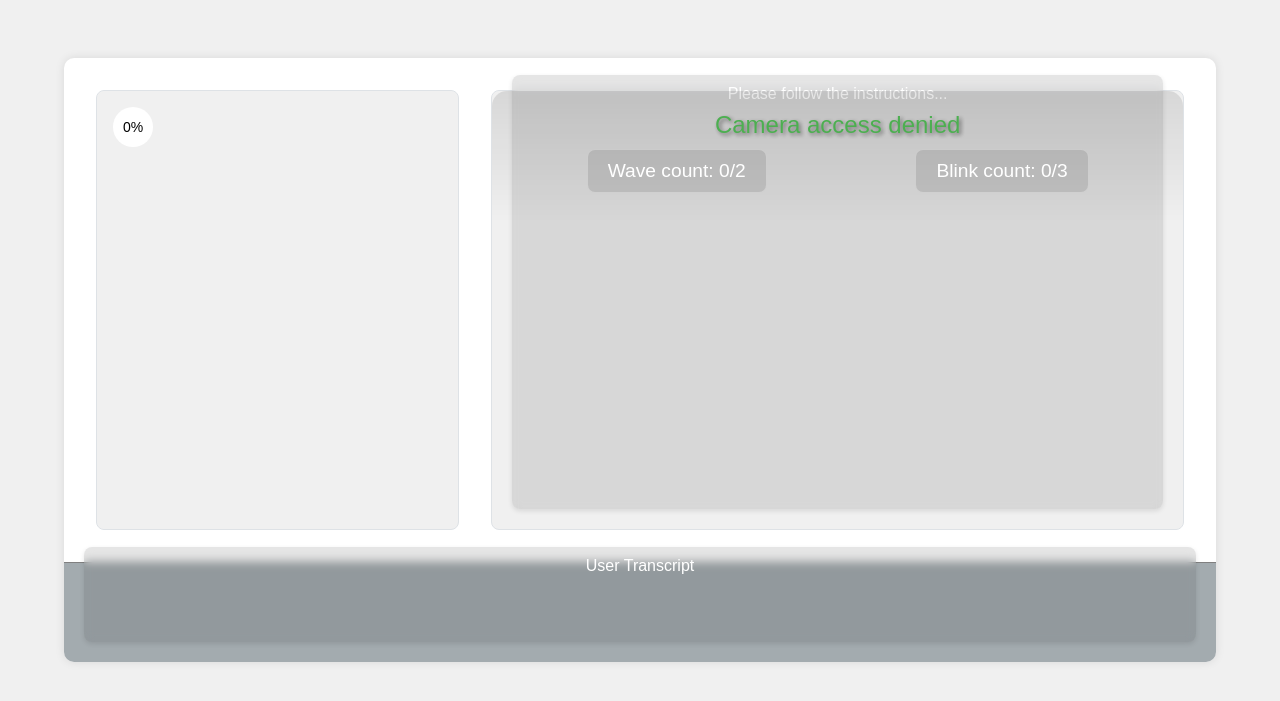
Repository: Ayaanns/E-kyc-BE-project
Page: http://localhost/
These files come from the project's save history. The page is drawn as it stood at one moment and after the next save; the edit follows.
The browser window is 1280 px wide. The pictures show the whole page.
The page is served by the project's application, run on Django 4.2 (manage.py). A made-up administrator, testuser (Test User, test@example.com), is signed in. Other server files are loaded and not shown.

Above is the page before, as saved 2025-03-02 02:01:19.

### templates/home.html
<!DOCTYPE html>
<html lang="en">
<head>
    {% load static %}
    <meta charset="UTF-8">
    <meta name="viewport" content="width=device-width, initial-scale=1.0">
    <link rel="stylesheet" href="{% static 'styles.css' %}">
    <style>
        .webcam-feed {
            position: relative;
            width: 100%;
            height: auto;
        }

        .webcam-feed video {
            width: 100%;
            height: auto;
            border-radius: 15px;
            object-fit: cover;
        }

        /* Overlay container for status indicators */
        .status-overlay {
            position: absolute;
            top: 0;
            left: 0;
            right: 0;
            z-index: 10;
            padding: 20px;
            background: linear-gradient(to bottom, rgba(0,0,0,0.1) 0%, transparent 100%);
            border-radius: 15px 15px 0 0;
        }

        .status-indicators {
            display: flex;
            justify-content: space-around;
            margin: 10px 0;
            font-size: 1.2em;
        }

        .status-box {
            background: rgba(0,0,0,0.1);
            padding: 10px 20px;
            border-radius: 8px;
            text-align: center;
            color: white;
            border: 1px solid rgba(255,255,255,0.3);
            backdrop-filter: blur(.5px);
        }

        .verification-message {
            font-size: 1.5em;
            color: #4caf50;
            text-align: center;
            margin: 0 0 10px 0;
            text-shadow: 2px 2px 4px rgba(0,0,0,0.5);
        }

        .questions {
            position: absolute;
            bottom: 20px;
            left: 0;
            right: 0;
            text-align: center;
            color: white;
            background: rgba(0,0,0,0.1);
            padding: 10px;
            margin: 0 20px;
            border-radius: 8px;
            backdrop-filter: blur(5px);
        }
    </style>
</head>
<body>
    <div class="container">
        <div class="content">
            <div class="result-feed">
                <div class="completion-circle" id="completion-circle">0%</div>
            </div>
            <div class="webcam-feed">
                <video id="webcam" autoplay></video>
                <div class="status-overlay">
                    <div class="verification-message" id="messageText">Starting verification...</div>
                    <div class="status-indicators">
                        <div class="status-box">
                            Wave count: <span id="waveCount">0</span>/2
                        </div>
                        <div class="status-box">
                            Blink count: <span id="blinkCount">0</span>/3
                        </div>
                    </div>
                </div>
                <canvas id="canvasElement" style="display:none;"></canvas>
                <div class="questions" id="questions">Please follow the instructions...</div>
            </div>
        </div>
        <div class="transcript-section">
            <span class="questions">User Transcript</span>
            <p id="transcript"></p>
        </div>
    </div>

    <script>
        // Existing initialization code
        const video = document.getElementById('webcam');
        const canvas = document.getElementById('canvasElement');
        const ctx = canvas.getContext('2d');
        let verificationComplete = false;

        // Initialize webcam with human verification
        async function initCamera() {
            try {
                const stream = await navigator.mediaDevices.getUserMedia({ video: true });
                video.srcObject = stream;
                startVerificationProcess();
            } catch (err) {
                console.error("Error accessing camera:", err);
                document.getElementById('messageText').textContent = "Camera access denied";
            }
        }

        // Process frames for verification
        function processFrame() {
            if (verificationComplete) return;

            if (video.readyState === video.HAVE_ENOUGH_DATA) {
                canvas.width = video.videoWidth;
                canvas.height = video.videoHeight;
                ctx.drawImage(video, 0, 0);

                const frameData = canvas.toDataURL('image/jpeg');

                // Update the fetch URL to match the Django URL pattern
                fetch('{% url "process_frame" %}', {
                    method: 'POST',
                    headers: {
                        'Content-Type': 'application/json',
                        'X-CSRFToken': getCookie('csrftoken')
                    },
                    body: JSON.stringify({
                        frame: frameData
                    })
                })
                .then(response => response.json())
                .then(data => {
                    updateVerificationUI(data);
                    if (!data.phase_complete) {
                        requestAnimationFrame(processFrame);
                    }
                })
                .catch(err => {
                    console.error("Error:", err);
                    requestAnimationFrame(processFrame);
                });
            } else {
                requestAnimationFrame(processFrame);
            }
        }

        // Update UI with verification status
        function updateVerificationUI(data) {
            document.getElementById('messageText').textContent = data.message;
            document.getElementById('waveCount').textContent = data.wave_count;
            document.getElementById('blinkCount').textContent = data.blink_count;

            // Calculate completion percentage
            const totalSteps = 5; // 2 waves + 3 blinks
            const completedSteps = data.wave_count + data.blink_count;
            const percentage = Math.round((completedSteps / totalSteps) * 100);
            updateProgressCircle(percentage);

            if (data.phase_complete) {
                verificationComplete = true;
                startNLPProcess();
            }
        }

        // Existing helper functions
        function updateProgressCircle(percentage) {
            const circle = document.getElementById('completion-circle');
            circle.textContent = percentage + '%';
            circle.style.background = `conic-gradient(#4caf50 ${percentage * 3.6}deg, #ddd ${percentage * 3.6}deg)`;
        }

        function updateTranscript(data) {
            const transcript = document.getElementById('transcript');
            transcript.textContent = `First Name: ${data.first_name}, Last Name: ${data.last_name}, Age: ${data.age}, Phone: ${data.phone}`;
        }

        function askQuestion(question) {
            const questionsDiv = document.getElementById('questions');
            questionsDiv.textContent = question;
        }

        function startVerificationProcess() {
            document.getElementById('messageText').textContent = "Wave your hand to begin";
            processFrame();
        }

        // Modified startNLPProcess
        function startNLPProcess() {
            document.getElementById('messageText').textContent = "Verification complete! Starting voice recognition...";
            fetch('/nlp_process/')
                .then(response => response.json())
                .then(data => {
                    if (data.status === 'success') {
                        updateTranscript(data);
                        askQuestion("NLP process complete.");
                    } else {
                        askQuestion("NLP process failed.");
                    }
                })
                .catch(error => console.error('Error:', error));
        }

        // Get CSRF token
        function getCookie(name) {
            let cookieValue = null;
            if (document.cookie && document.cookie !== '') {
                const cookies = document.cookie.split(';');
                for (let i = 0; i < cookies.length; i++) {
                    const cookie = cookies[i].trim();
                    if (cookie.substring(0, name.length + 1) === (name + '=')) {
                        cookieValue = decodeURIComponent(cookie.substring(name.length + 1));
                        break;
                    }
                }
            }
            return cookieValue;
        }

        // Start the process
        document.addEventListener('DOMContentLoaded', (event) => {
            initCamera();
        });
    </script>
</body>
</html>

### ekyc/models.py
from django.db import models
from django.contrib.auth.models import AbstractBaseUser, PermissionsMixin, BaseUserManager
from django.utils import timezone
import random

class CustomUserManager(BaseUserManager):
    def create_user(self, email, username, password=None, **extra_fields):
        if not email:
            raise ValueError("The Email field must be set")
        email = self.normalize_email(email)
        user = self.model(email=email, username=username, **extra_fields)
        user.set_password(password)
        user.save(using=self._db)
        return user

    def create_superuser(self, email, username, password=None, **extra_fields):
        #extra_fields.setdefault('is_staff', True)
        extra_fields.setdefault('is_superuser', True)

        # if not extra_fields.get('is_staff'):
        #     raise ValueError("Superuser must have is_staff=True.")
        if not extra_fields.get('is_superuser'):
            raise ValueError("Superuser must have is_superuser=True.")

        return self.create_user(email, username, password, **extra_fields)

class CustomUser(AbstractBaseUser, PermissionsMixin):
    email = models.EmailField(unique=True)
    username = models.CharField(max_length=150, unique=True)
    is_active = models.BooleanField(default=True)
    pin = models.CharField(max_length=6)
    created_at = models.DateTimeField(auto_now_add=True)
    expires_at = models.DateTimeField(default=timezone.now)
    is_verified = models.BooleanField(default=True)

    objects = CustomUserManager()

    USERNAME_FIELD = 'email'
    REQUIRED_FIELDS = ['username']

    def __str__(self):
        return self.email


    def generate_pin(self):
        self.pin = str(random.randint(100000, 999999))
        self.expires_at = timezone.now() + timezone.timedelta(minutes=2)
        self.save()
        return self.pin

    def verify_pin(self, entered_pin):
        if timezone.now() > self.expires_at:
            return False, "PIN has Expired!"

        if self.pin != entered_pin:
            return False, "Incorrect PIN!"

        self.is_verified = True
        self.save()
        return True, "Email Successfully Verified!"


#models for sending the code and receving the code.
# class SendCode(models.Model): #for sending the code
#     email = models.OneToOneField(CustomUser, null=True, on_delete=models.CASCADE)
#     send_code = models.CharField(max_length=20)
#
#     def __str__(self):
#         return self.send_code
#
# class ReceivedCode(models.Model): #for sending the code
#     email = models.OneToOneField(CustomUser, null=True, on_delete=models.CASCADE)
#     receive_code = models.CharField(max_length=20)
#
#     def __str__(self):
#         return self.receive_code

# Create your models here.
class KYCSession(models.Model):
    name = models.CharField(max_length=100)
    birth_date = models.DateField()
    id_card_image = models.ImageField(upload_to='id_cards/')
    liveness_score = models.FloatField()
    result = models.TextField()
    created_at = models.DateTimeField(auto_now_add=True)

    def __str__(self):
        return self.name

### ekyc_project/urls.py
"""
URL configuration for ekyc_project project.

The `urlpatterns` list routes URLs to views. For more information please see:
    https://docs.djangoproject.com/en/4.2/topics/http/urls/
Examples:
Function views
    1. Add an import:  from my_app import views
    2. Add a URL to urlpatterns:  path('', views.home, name='home')
Class-based views
    1. Add an import:  from other_app.views import Home
    2. Add a URL to urlpatterns:  path('', Home.as_view(), name='home')
Including another URLconf
    1. Import the include() function: from django.urls import include, path
    2. Add a URL to urlpatterns:  path('blog/', include('blog.urls'))
"""

from django.contrib import admin
from django.urls import path, include

urlpatterns = [
    path("admin/", admin.site.urls),
    path('', include('ekyc.urls')),  # Include ekyc app URLs
]

### ekyc/urls.py
from django.urls import path
from . import views

urlpatterns = [
    path('', views.ekyc_home, name="ekyc_home"),
    path('process_video/', views.process_video, name="process_video"),
    path('process_id_card/', views.process_id_card, name="process_id_card"),
    path('human_verification/', views.human_verification, name='human_verification'),
    path('nlp_process/', views.nlp_process, name='nlp_process'),
    path('ocr_process/', views.ocr_process, name='ocr_process'),
    path('process_frame/', views.process_frame, name='process_frame'),
    path('capture_photo/', views.capture_photo, name='capture_photo'),

    #login related routes
    path('login/', views.Login.as_view(), name="login"),
    path('signup/', views.signup_view, name="signup"),
    path('verify/', views.verify_pin, name="verify_pin"),
]

### ekyc/static/styles.css
* {
    margin: 0;
    padding: 0;
    box-sizing: border-box;
}

body {
    font-family: Arial, sans-serif;
    background-color: #f0f0f0;
    height: 100vh;
    display: flex;
    justify-content: center;
    align-items: center;
}

.container {
    width: 90%;
    max-width: 1200px;
    background: white;
    border-radius: 10px;
    box-shadow: 0 0 10px rgba(0,0,0,0.1);
    overflow: hidden;
}

.navbar {
    background: #f8f9fa;
    padding: 1rem;
    border-bottom: 1px solid #dee2e6;
}

.content {
    display: flex;
    padding: 2rem;
    gap: 2rem;
    height: 70vh;
}

.webcam-feed {
    flex: 2;
    background: #f0f0f0;
    border-radius: 8px;
    padding: 1rem;
    position: relative;
    border: 1px solid#dee2e6;
}

.result-feed {
    flex: 1;
    background: #f0f0f0;
    border-radius: 8px;
    padding: 1rem;
    border: 1px solid#dee2e6;
}

.questions {
    top: -1em;
    left: -.4em;
    position: absolute;
    background: white;
    padding: 0.5rem 1rem;
    border-radius: 20px;
    box-shadow: 0 2px 5px rgba(0,0,0,0.1);
}

.transcript-section {
    border-top: 1px solid gray;
    position: relative;
    text-align: left;
    background-color:#a3abaf;
    padding: 2em;
    height: 100px;
}

.completion-circle {
    right: 20px;
    bottom: 20px;
    width: 40px;
    height: 40px;
    border-radius: 50%;
    background: white;
    display: flex;
    align-items: center;
    justify-content: center;
    font-size: 14px;
}

/* Placeholder circles for demo */
/*
.circle {
    width: 100px;
    height: 100px;
    border-radius: 50%;
    border: 2px solid #dee2e6;
    margin: 20px auto;
}

.eye-shape {
    width: 200px;
    height: 100px;
    border-radius: 0 0 100px 100px;
    border: 2px solid #dee2e6;
    margin: 20px auto;
    transform: rotate(180deg);
}
*/

Loaded but not shown: ekyc/views.py (255 lines, source omitted)

After the next save:
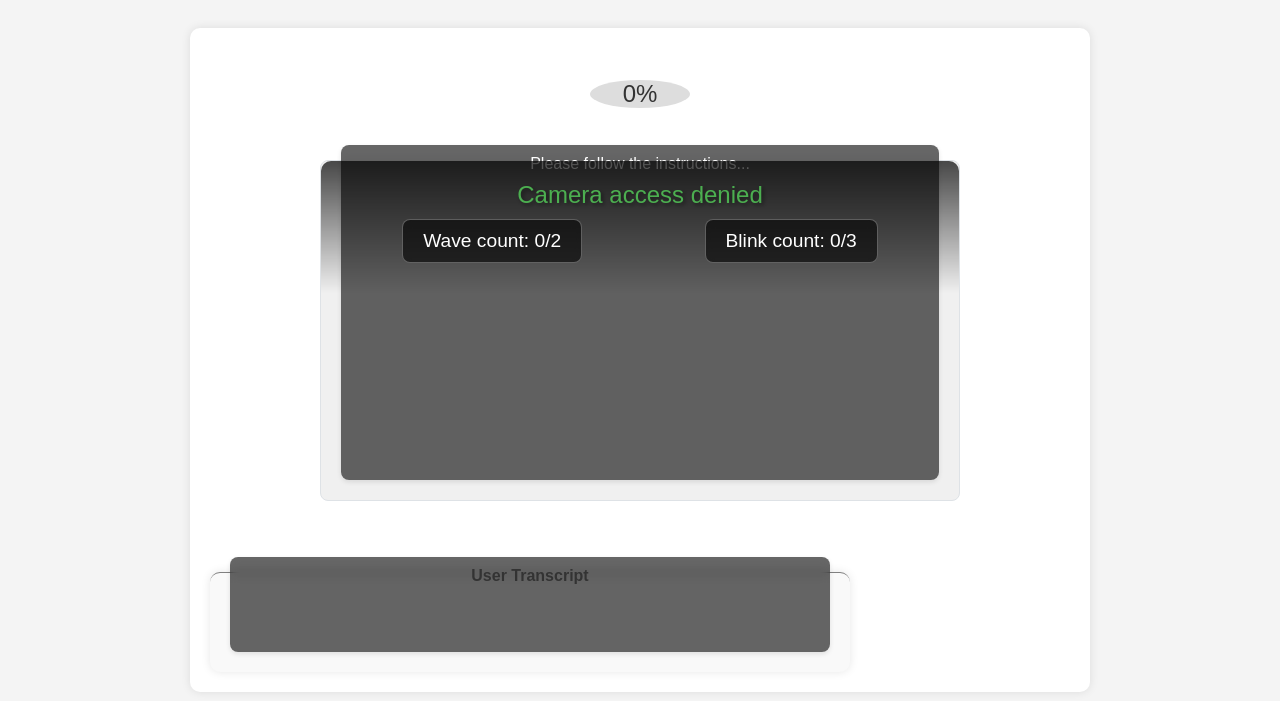
Saved 4 min 22 s later.
--- a/templates/home.html
+++ b/templates/home.html
@@ -6,20 +6,42 @@
     <meta name="viewport" content="width=device-width, initial-scale=1.0">
     <link rel="stylesheet" href="{% static 'styles.css' %}">
     <style>
+        body {
+            font-family: Arial, sans-serif;
+            background-color: #f4f4f4;
+            margin: 0;
+            padding: 0;
+        }
+
+        .container {
+            max-width: 900px;
+            margin: 20px auto;
+            padding: 20px;
+            background: #fff;
+            border-radius: 10px;
+            box-shadow: 0 0 10px rgba(0, 0, 0, 0.1);
+        }
+
+        .content {
+            display: flex;
+            flex-direction: column;
+            align-items: center;
+        }
+
         .webcam-feed {
             position: relative;
             width: 100%;
-            height: auto;
+            max-width: 640px;
+            margin-bottom: 20px;
         }
 
         .webcam-feed video {
             width: 100%;
             height: auto;
-            border-radius: 15px;
+            border-radius: 10px;
             object-fit: cover;
         }
 
-        /* Overlay container for status indicators */
         .status-overlay {
             position: absolute;
             top: 0;
@@ -27,8 +49,8 @@
             right: 0;
             z-index: 10;
             padding: 20px;
-            background: linear-gradient(to bottom, rgba(0,0,0,0.1) 0%, transparent 100%);
-            border-radius: 15px 15px 0 0;
+            background: linear-gradient(to bottom, rgba(0,0,0,0.7) 0%, transparent 100%);
+            border-radius: 10px 10px 0 0;
         }
 
         .status-indicators {
@@ -39,13 +61,13 @@
         }
 
         .status-box {
-            background: rgba(0,0,0,0.1);
+            background: rgba(0,0,0,0.6);
             padding: 10px 20px;
             border-radius: 8px;
             text-align: center;
             color: white;
             border: 1px solid rgba(255,255,255,0.3);
-            backdrop-filter: blur(.5px);
+            backdrop-filter: blur(5px);
         }
 
         .verification-message {
@@ -63,20 +85,51 @@
             right: 0;
             text-align: center;
             color: white;
-            background: rgba(0,0,0,0.1);
+            background: rgba(0,0,0,0.6);
             padding: 10px;
             margin: 0 20px;
             border-radius: 8px;
             backdrop-filter: blur(5px);
+        }
+
+        .transcript-section {
+            width: 100%;
+            max-width: 640px;
+            background: #f9f9f9;
+            padding: 20px;
+            border-radius: 10px;
+            box-shadow: 0 0 10px rgba(0, 0, 0, 0.1);
+            margin-top: 20px;
+        }
+
+        .transcript-section .questions {
+            color: #333;
+            font-weight: bold;
+        }
+
+        .transcript-section p {
+            margin: 10px 0 0 0;
+            color: #555;
+        }
+
+        .completion-circle {
+            width: 100px;
+            height: 100px;
+            border-radius: 50%;
+            background: conic-gradient(#4caf50 0deg, #ddd 0deg);
+            display: flex;
+            align-items: center;
+            justify-content: center;
+            font-size: 1.5em;
+            color: #333;
+            margin-bottom: 20px;
         }
     </style>
 </head>
 <body>
     <div class="container">
         <div class="content">
-            <div class="result-feed">
-                <div class="completion-circle" id="completion-circle">0%</div>
-            </div>
+            <div class="completion-circle" id="completion-circle">0%</div>
             <div class="webcam-feed">
                 <video id="webcam" autoplay></video>
                 <div class="status-overlay">
